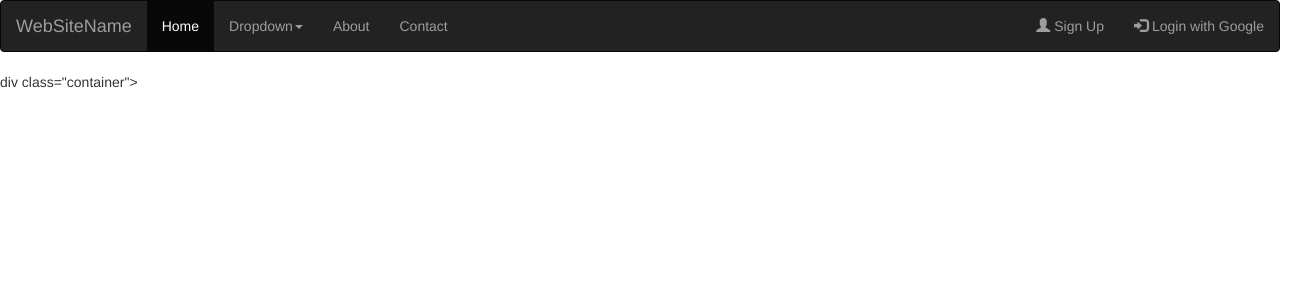
Repository: punithavathi/J2EEconcepts
Page: Bootstrap/war/index.html
These files come from the project's save history. The page is drawn as it stood at one moment and after the next save; the edit follows.
The browser window is 1280 px wide. The page is 1295 px wide, then 1280 px, so the pictures cover 1295 px, including what lies to the right of the window. The pictures show the whole page.
Some web libraries are served in a nearby version.

Above is the page before, as saved 2015-10-28 16:47:51.

### Bootstrap/war/index.html
<!DOCTYPE html>
<html lang="en">
<head>
  <title>Bootstrap Case</title>
  <meta charset="utf-8">
  <meta name="viewport" content="width=device-width, initial-scale=1">
  <link rel="stylesheet" href="http://maxcdn.bootstrapcdn.com/bootstrap/3.3.5/css/bootstrap.min.css">
  <script src="https://ajax.googleapis.com/ajax/libs/jquery/1.11.3/jquery.min.js"></script>
  <script src="http://maxcdn.bootstrapcdn.com/bootstrap/3.3.5/js/bootstrap.min.js"></script>
</head>
<style>
..bgimage {
background-image: url(download.jpg);
background-size: 100%;
}
</style>
<body>

<nav class="navbar navbar-inverse">
  <div class="container-fluid">
    <div class="navbar-header">
      <a class="navbar-brand" href="#">WebSiteName</a>
    </div>
    <div>
      <ul class="nav navbar-nav">
        <li class="active"><a href="#">Home</a></li>
        <li class="dropdown"><a class="dropdown-toggle" data-toggle="dropdown" href="#">Dropdown<span class="caret"></span></a>
          <ul class="dropdown-menu">
            <li><a href="#">html</a></li>
            <li><a href="#">css</a></li>
            <li><a href="#">jquery</a></li>
          </ul>
        </li>
        <li><a href="#">About</a></li>
        <li><a href="#">Contact</a></li>
      </ul>
      <ul class="nav navbar-nav navbar-right">
        <li><a href="#"><span class="glyphicon glyphicon-user"></span> Sign Up</a></li>
        <li><a href="#"><span class="glyphicon glyphicon-log-in"></span> Login with Google</a></li>
      </ul>
    </div>
  </div>
</nav>
div class="container">
 <div class="row">
  <div class="col-md-12 bgimage">
   <div class="bgimage-inside"></div>
  </div>
 </div>
</div>

</body>
</html>

After the next save:
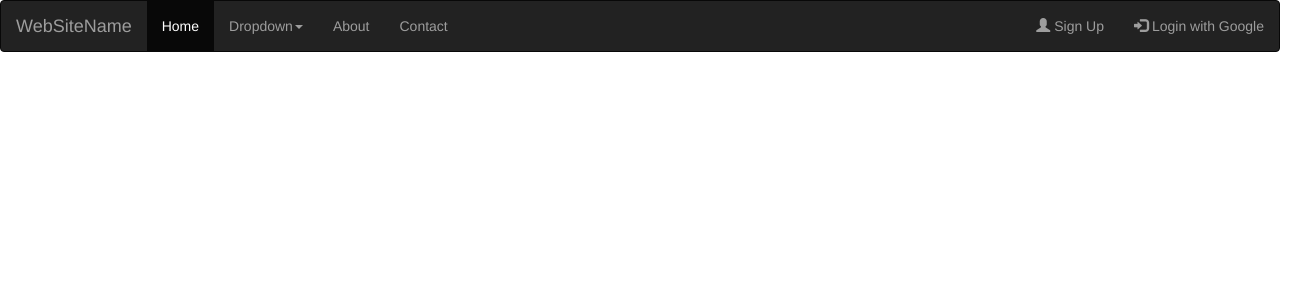
Saved 11 s later.
--- a/Bootstrap/war/index.html
+++ b/Bootstrap/war/index.html
@@ -41,7 +41,7 @@
     </div>
   </div>
 </nav>
-div class="container">
+<div class="container">
  <div class="row">
   <div class="col-md-12 bgimage">
    <div class="bgimage-inside"></div>
